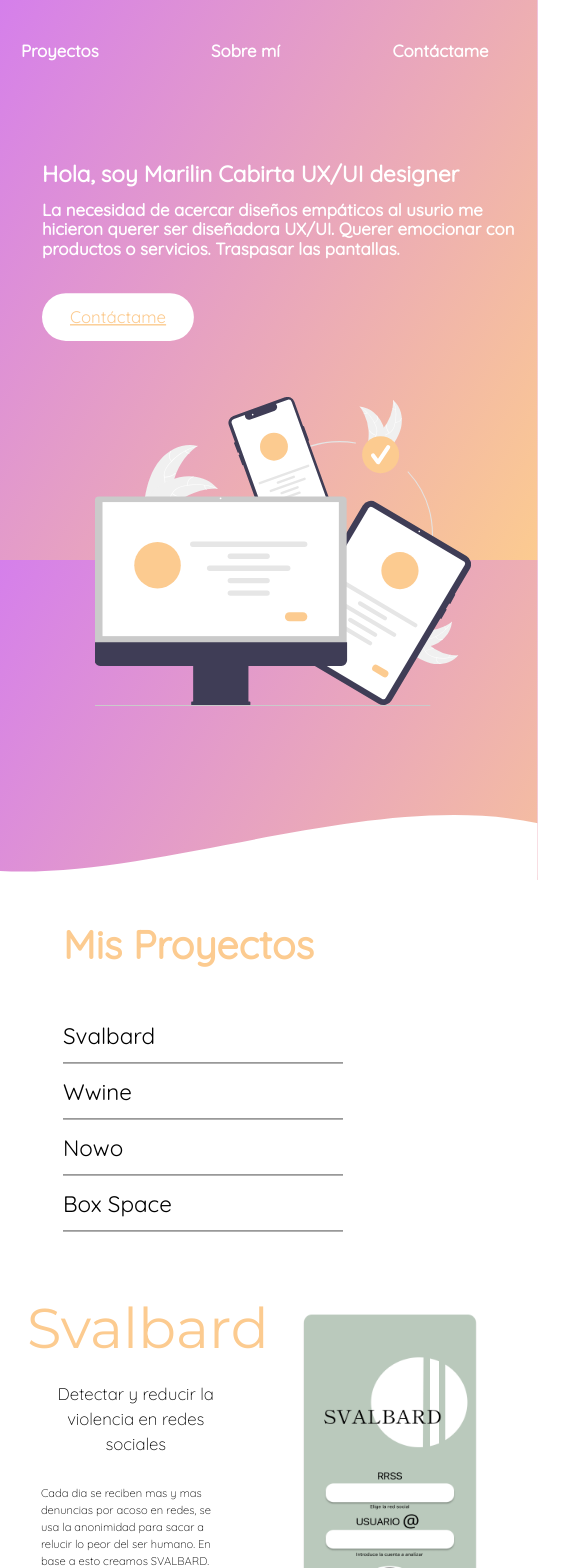
Repository: Marilyncabirta/portfolioHTML
Page: index.html
An editor plug-in stored every save of this project. The page is shown before and after the next save, followed by the edit.
The browser window is 768 px wide. The page is 818 px wide, so the pictures cover 818 px, including what lies to the right of the window. The pictures show the part of the page from y = 0 to 2240 px (the page is 4805 px tall before and 4669 px after), at 70% of full size.
Backgrounds fixed to the window are drawn as part of the page. Some web libraries are served in a nearby version.

Above is the page before, as saved 2022-12-16 13:14:32.

### index.html
<!DOCTYPE html>
<html lang="es">
<head>
    <meta charset="UTF-8">
    <meta name="viewport" content="width=device-width, initial-scale=1.0">
    <title>Portafolio AlexCG</title>
    <link rel="stylesheet" href="css/normalize.css">
    <link rel="stylesheet" href="css/estilos.css">
    <link rel="preconnect" href="https://fonts.googleapis.com">
<link rel="preconnect" href="https://fonts.gstatic.com" crossorigin>
<link href="https://fonts.googleapis.com/css2?family=Montserrat:wght@100;400;700&family=Quicksand:wght@300;400&display=swap" rel="stylesheet">
</head>


<body>

    <header class="hero">
        <div class="contenedor">
            <nav class="nav">
                <a href="" class="nav__items nav__items--cta">Proyectos</a>
                <a href="" class="nav__items">Sobre mí</a>
                <a href="" class="nav__items">Contáctame</a>
            </nav>

            <section class="hero__contenedor">
                <div class="hero__texts">
                    <h1 class="hero__title">Hola, soy Marilin Cabirta UX/UI designer</h1>
                    <h2 class="hero_subtitle">La necesidad de acercar diseños empáticos al usurio me hicieron querer ser diseñadora UX/UI. Querer emocionar con productos o servicios. Traspasar las pantallas.</h2>
                    <a href="" class="hero_cta">Contáctame</a>
                </div>
                <div class="contenedor_ilustraciones">
                    <img class="hero_image" src="assets/hero1.svg" alt="marilincabirta">
                </div>
            </section>
        </div>
        <div>
            <div class="hero_wave" style= "overflow:hidden;" ><svg viewBox="0 0 500 150" preserveAspectRatio="none" style="height: 100%; width: 100%;"><path d="M-0.56,130.76 C150.00,150.00 349.20,-49.99 503.38,30.10 L500.00,150.00 L0.00,150.00 Z" style="stroke: none; fill: #fff;"></path></svg></div>
        </div>
    </header>

    <main >
        <section class="presentacion__container">
            <h2 class="subtitle--h2">Mis Proyectos</h2>
            <div class="lista">
                <ul>
                    <li><a class="nombres" href="#">Svalbard<a></li>
                        <div class="linea"></div>
                    <li><a class="nombres" href="#">Wwine</a></li>
                        <div class="linea"></div>
                    <li><a class="nombres" href="#">Nowo</a></li>
                        <div class="linea"></div>
                    <li><a class="nombres" href="#">Box Space</a></li>
                        <div class="linea"></div>

                </ul>
            </div>
        </section>

        <section class="about__container">
            <div class="about__texts">
                <h2 class="subtitle">Svalbard</h2>
                <p class="about__paragraph">Detectar y reducir la violencia en redes sociales</p>
                <p class="about__content">Cada dia se reciben mas y mas denuncias por acoso en redes, se usa la anonimidad para sacar a relucir lo peor del ser humano. En base a esto creamos SVALBARD. Desarrollada para conocer quien esta detrás de mensajes toxicos, fotos de perfil amigables, y cual es el historial de nuestros seguidores. Conoce más!</p>
                <a class="about__button" href="">Conoce más</a>
            </div>
            <div class="about__img">
                <img class="about__picture" src="assets/LOG IN.png"   alt="">
            </div>
        </section>

        <section class="about__container">
            <div class="about__img">
                <img src="assets/wwine mockup.jpg" class="about__picture"alt="">
            </div>
            <div class="about__texts">
                <h2 class="subtitle">Wwine</h2>
                <p class="about__paragraph">¿Quién no ha deseado alguna vez poder saber más de un vino antes de comprarlo?</p>
                <p class="about__content">Le damos forma a los deseos de todos los consumidores de vino y desarrollamos este dispositivo para poder conocer las propiedades olfativas de un vino antes de comprarlo. No nos crees? Te contamos más!</p>
                <a class="about__button" href="">Conoce más</a>
            </div>

        </section>

        <section class="about__container">
            <div class="about__texts">
                <h2 class="subtitle">Nowo</h2>
                <p class="about__paragraph">Mejoramos tu forma de viajar</p>
                <p class="about__content">Millones de personas se desplazan todos los días por ocio o por trabajo y su principal carga son las maletas. Venimos a revolucionar el concepto de viajar. Nosotros nos ocupamos de las maletas, ofreciéndote los packs más completos para que nada te falte!</p>
                <a class="about__button" href="">Conoce más</a>
            </div>
            <div class="about__img">
                <img src="assets/Nowo by rebellion 1.jpg" class="about__picture" alt="">
            </div>
        </section>

        <section class="about__container">
            <div class="about__img">
                <img src="assets/mock uo.jpg" class="about__picture" alt="">
            </div>
            <div class="about__texts">
                <h2 class="subtitle">Box Space</h2>
                <p class="about__paragraph">Como conseguimos que haya más usuarios en los parques urbanos?</p>
                <p class="about__content">Esta App fue creada para mejorar la asistencia a los parques urbanos. En un mundo con prisas, acercamos la tecnología y la era digital a aquellos entornos naturales que nos encanta disfrutar, pero que todavía no nos permiten desarrollar todas nuestras facetas diarias cómodamente.Descúbrela!</p>
                <a class="about__button" href="">Conoce más</a>
            </div>

        </section>

    </main>

    <footer class="footer">
        <div container class="container footer__grid">
            <nav class="nav nav--footer">
                <a class="nav_items nav__items--footer" href="">Inicio </a>
                <a class="nav_items nav__items--footer" href="">Sobre mí</a>
                <a class="nav_items nav__items--footer" href="">Proyectos</a>
            </nav>

            <section class="footer__contact">
                <h3 class="footer__title"> Contáctame</h3>
                <div class="footer__icons">
                    <span class="footer__container-icons">
                        <a href="#" class="fab fa-medium footer__icon"></a>
                    </span>
                    <span class="footer__container-icons">
                        <a href="#" class="fab fa-linkedin footer__icon"></a>
                    </span>
                    <span class="footer__container-icons">
                        <a href="#" class="fab fa-mailchimp footer__icon"></a>
                    </span>

                </div>
            </section>



        </div>
    </footer>







    <script src="https://kit.fontawesome.com/b4fd9d412c.js" crossorigin="anonymous"></script>
</body>
</html>

### css/estilos.css

@import url('https://fonts.googleapis.com/css2?family=Montserrat:wght@100;400;700&family=Quicksand:wght@300;400&display=swap');


:root{
    --background:linear-gradient(120deg,#d57feb   0%,#fccb90 100%);
    --color-secondary:#fccb90;
    --color-primary: white;
    --boton-padding: 20px 40px;
}
body{

    font-family: 'Montserrat', sans-serif;
    font-family: 'Quicksand', sans-serif;
}

.hero{
    width: 100%;
    background-image: var(--background);
    background-repeat: no-repeat;
    background-attachment: fixed;
    position: relative;
}

.contenedor{
  padding: 20px 0;

}
.hero__contenedor{
    width: 100%;
    display: grid;
    grid-template-columns: 1fr 1fr ;
    height: 100%;
    justify-content: space-evenly;
    align-items: center;
    padding-bottom: 50px;
    margin: 50px;

}


.contenedor_ilustraciones{
    width: 800px;
    height: auto;
    text-align: center;
    justify-content: center;
}

.hero__texts{
    width: 50%;
    height: inherit;
    color: white;
    margin-top: 20px;
    margin: 0 60px;
}
.hero_image{
    width: 70%
}

.hero_wave{
    position: absolute;
    bottom: 0;
    left: 0;
    height: 100px;
    width: 100%;
}

.nav{
    display: flex;
    justify-content: flex-end;
    height: 80px;
    align-items: right;
    font-weight: 700;
    margin-top: 30px;

}

.nav--footer{
    font-weight: 300;
    justify-content: flex-start;
}

.nav__items{
    color: white;
    text-decoration: none;
    font-size: 32px;
    padding: 20px 15px;
    margin-right: 40px;
    font-weight: inherit;
}

.nav__items--cta{
    border: 2px solid white;
    border-radius: 40px;
}

.nav__items:hover{
    text-decoration: underline;
}
.nav__items--footer{
    padding: 10px;
}



.hero_cta{
    display: inline-block;
    font-size: 24px;
    background-color: var(--color-primary);
    color: #fccb90;
    padding: 20px 40px;
    margin-top: 30px;
    border-radius: 40px;
    text-align: center;
    justify-content: center;
}

.hero__texts{
    width: 90%;
    margin: 40px;
}

.hero__title{
    font-size: 60px;
    margin-top: 80px;

}

.hero__subtitle{
    font-size: 2rem;
    font-weight: 400;
    margin: 20px 0;
}

/* presentacion proyectos */



.presentacion__container{
    width: 60%;
    height: auto;
    padding-top: 0;
    text-align: center;
    text-decoration: none;
    margin-left: 50px;
}

.subtitle{
    font-size: 56px;
    color:var(--color-secondary);
    padding-bottom: 10px;
    font-weight: 700;
    text-align: center;
    margin: 40px;
}
.subtitle--h2{
    font-size: 56px;
    color:var(--color-secondary);
    padding-bottom: 10px;
    font-weight: 700;
    text-align: center;
    margin: 60px 40px;
    text-align: left;
}

.presentacion__container li{
    font-size: 32px;
    margin-top: 10px;
    padding: 10px 0;
    text-decoration: none;
}

.lista li{
 text-decoration: none;
 list-style: none;
 text-align: left;

}

.lista a{
    text-decoration: none;
    color: black;

}

.lista li:hover{
    font-size: 3.5rem;
    transition: 1s;
}

.lista div{
    border-top: 1px solid black;
    height: 2px;
    max-width: 400px;
    padding: 0;
    margin: 10px 0 auto 0;

}

.about__container{
    width: 70%;
    min-height: 800px;
    max-width: 1300px;
    height: auto;
    display: grid;
    grid-template-columns: 1fr 1fr ;
    margin: 60px auto;
    background-color: var(--color-primary);
    align-items: center;

}

.about__texts{

    justify-content: center;
    text-align: left;
    margin: 20px ;

}
.about__img{
     justify-content: center;
    text-align: center;
    margin: 20px;

}

.subtitle{
    font-size: 80px;
    font-family: "Montserrat";
    font-weight: 400;
    margin: 10px auto;

}



.about__picture{
    width: 250px;
    height: 500px;
    max-height: 800px;
}

.about__paragraph{
    margin: 20px;
    line-height: 1.5;
    font-weight: 300;
    font-size: 24px;
}

.about__content{
    font-size: 16px;
    margin: 40px 20px;
    text-align: left;
    line-height: 1.5;
    font-weight: 300;
}

.about__button{
    margin: 60px 20px;
    padding: 10px 10px;
    background-color:var(--color-secondary);
    color: white;
    border-radius: 20px;
    text-align: center;
    text-decoration: none;
}

/* footer */

.footer{
    background:var(--background);
    padding-bottom: 40px;



}

.footer__grid{
    display: grid;
    grid-template-columns: 3fr 2fr;
    gap: 20px;
    align-items: center;
    margin: 40px;
}

.nav_items{
    text-decoration: none;
    color: white;
    font-size: 20px;
    margin:0 0 0 10px;
}

.footer__title{
    font-weight: 400;
    color: white;
    font-size:2rem ;
    margin-bottom: 20px;
    text-align: center;
}

.footer__icons{
    display: flex;
    justify-content: space-evenly;
    font-size: 32px;
}

.footer__container-icons{
    display: inline-block;
    width: 60px;
    height: 60px;
    color: white;
    text-align: center;
    border: 1px solid white;
    border-radius: 50%;

}

.footer__icon{
    color: white;
    text-decoration: none;
    font-size: 30px;

}

.fab.footer__icon{
line-height: 60px;
text-decoration: underline;
}


/* responsive design */

@media screen and (max-width:800px){
        :root{
            --botton-padding:18px 40px;
        }

        .nav{
            justify-content:space-between
        }
        .nav__items--cta{
            border: none;
        }

        .nav__items{
            color: white;
            text-decoration: none;
            font-size: 24px;
            padding: 10px 30px;
            font-weight: inherit;
        }

        .nav__items--footer{
            border: none;
        }

        .hero__contenedor{
            display: grid;
            grid-template-columns: 1fr ;
            justify-content: center;
            align-items: center;
            padding-bottom: 50px;
            margin: 20px;

        }

        .hero__title{
            font-size: 2rem;
            margin-bottom: 20px;
        }

        .contenedor_ilustraciones{
            width: auto;
            height: 600px
        }

        .about__container{
            width: 90%;
            min-height: 600px;
        }
        .about__texts{
            width: 90%;
            justify-content: center;
            text-align: center;
            margin: 20px 0px;

        }

        .hero_image{
            width: 70%;
        }

        .presentacion__container{
            width: 100%;
        }

         .about__img{
            width: auto;
            text-align: center;
        }
    .footer{
        width: 100%;
        height: 200px;
    }
}

@media screen and (max-width:500px){

    :root{
        --botton-padding:15px 20px;
    }

    .hero{
        width: 100%;
        height: auto;
        position: relative;
    }
    .hero__contenedor{
        width: 100%;
        display: grid;
        grid-template-columns: 1fr;
        height: 100%;
        justify-content: center;
        align-items: center;
        padding-bottom: 80px;

    }
    .nav{
        flex-wrap: nowrap;
        justify-content: space-evenly;
        margin-top: 10px;

    }
    .nav__items--cta{
        border: none;
    }

    .nav__items{
        color: white;
        text-decoration: none;
        font-size: 20px;
        padding: 10px 20px;
        margin-right: 20px;

    }

    .nav__items--footer{
        border: none;
    }


    .hero__texts{
        margin-bottom: 50px;
        text-align: center;
    }
    .hero__title{
        font-size: 2rem;
        margin-bottom: 20px;
    }

    .hero__subtitle{
        font-size: 2rem;
        margin-bottom: 20px;
    }


    /* about */

    .subtitle{
        font-size: 2.5rem;
    }
    .about__paragraph{
        margin: 10px 10px;
        line-height: 1.5;
        font-weight: 300;
        font-size: 16px;
        text-align: left;
    }

    .about__content{
        font-size: 16px;
        margin: 10px 10px 40px 10px ;
        text-align: left;
        line-height: 1.5;
        font-weight: 300;
    }

    .nombres{
        font-size: 24px;
    }

    .about__container{
        width: 80%;
        min-height: 600px;
        height: auto;
        display: grid;
        margin: 20px auto;
        background-color: var(--color-primary);
        align-items: center;
     }

     .about__picture{
        width: 140px;
        height: 300px;
        max-height: 800px;

    }
     .contenedor_ilustraciones{
        width: 100%;
        height: auto;
        text-align: center;
        justify-content: center;
    }

    .about__texts:nth-child(2), :nth-child(4){
        grid-row: 1/2;
     }

     /* Footer */
     }

Loaded but not shown: css/normalize.css (library)

After the next save:
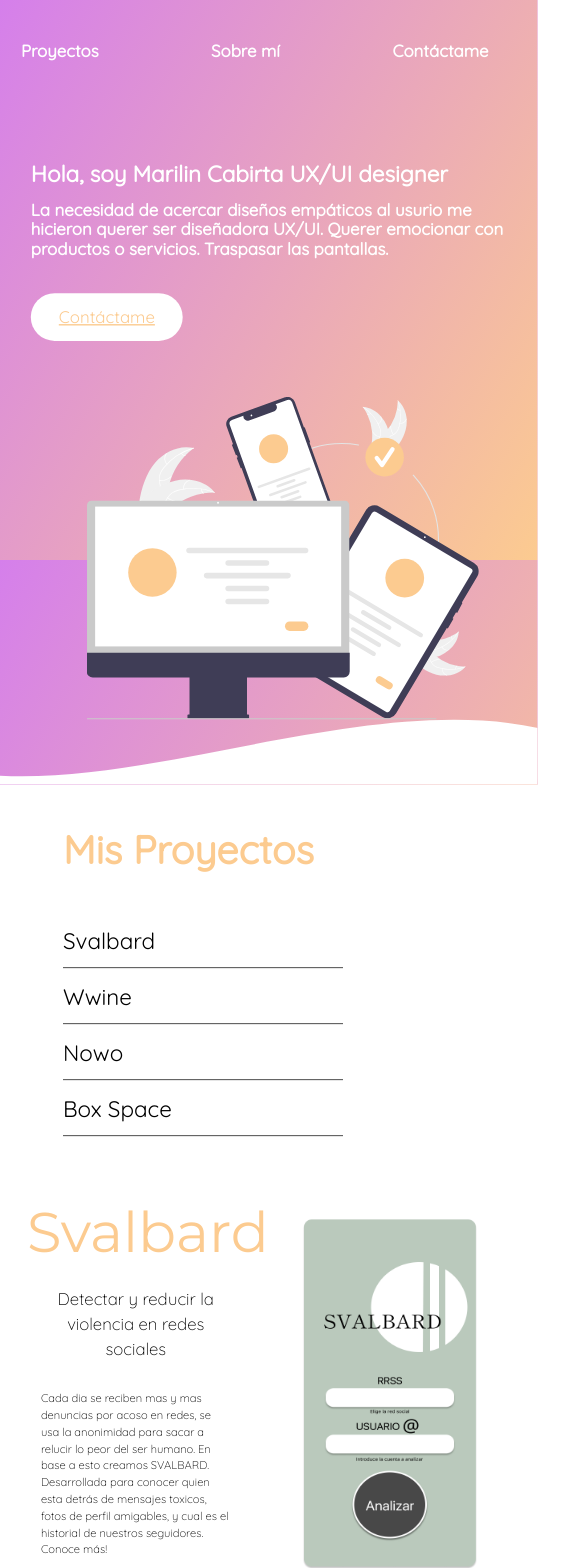
Saved 8 s later.
--- a/css/estilos.css
+++ b/css/estilos.css
@@ -369,10 +369,7 @@ text-decoration: underline;
             margin-bottom: 20px;
         }
 
-        .contenedor_ilustraciones{
-            width: auto;
-            height: 600px
-        }
+
 
         .about__container{
             width: 90%;
